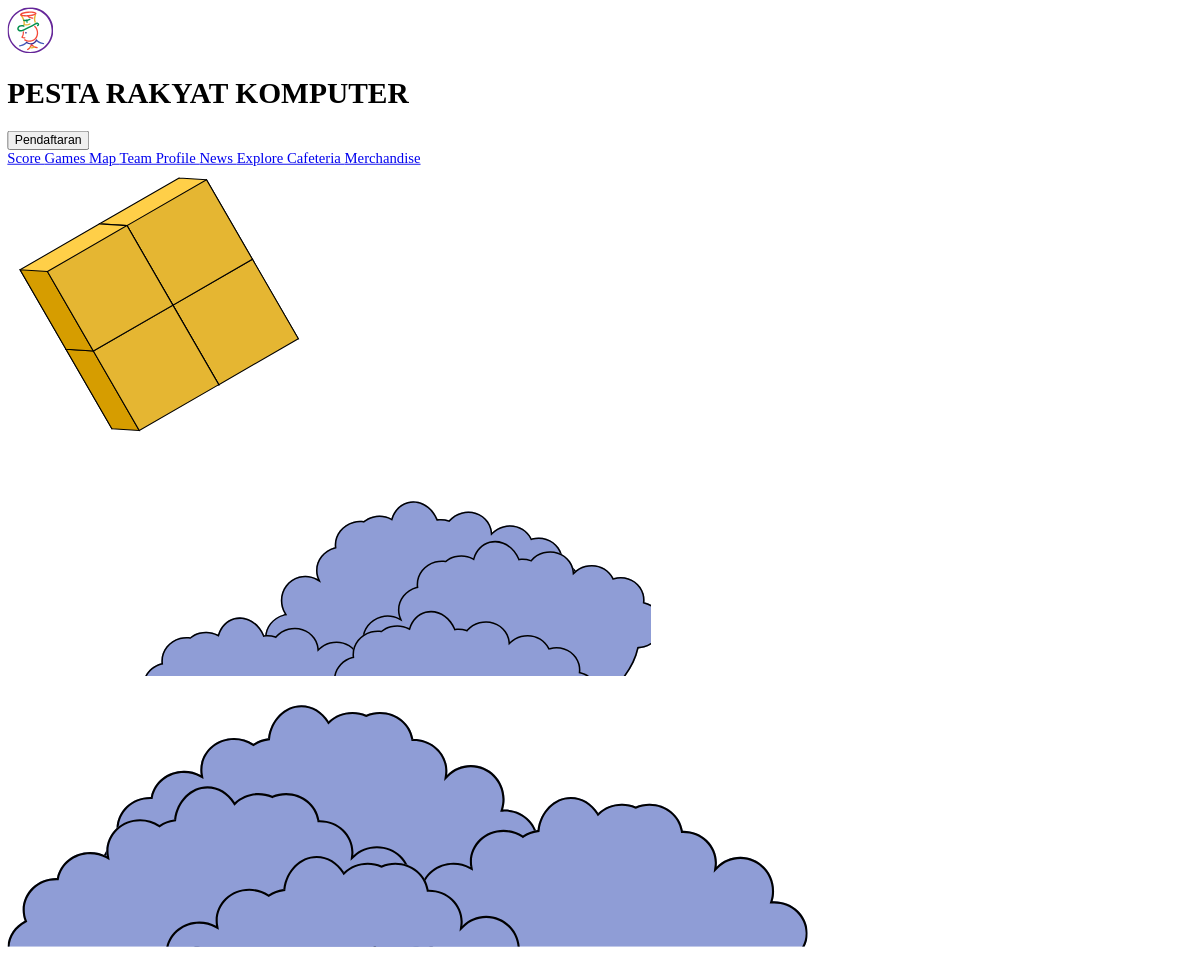
Repository: risalstrr/RegistPerak
Page: /
The author's editor kept a copy of each file at every save. The page is drawn from the files as they stood at one save, then again after the next save.
The browser window is 1280 px wide. The pictures show the whole page, at 92% of full size.
The project was rebuilt for these pictures with package versions that can differ from the ones it lists, and the page was loaded fresh each time. The framework's server and built-in components were replaced by stand-ins that run in the browser. Also part of the build but not shown: next.config.js.

Above is the page before, as saved 2021-12-29 19:15:32.

After the next save:
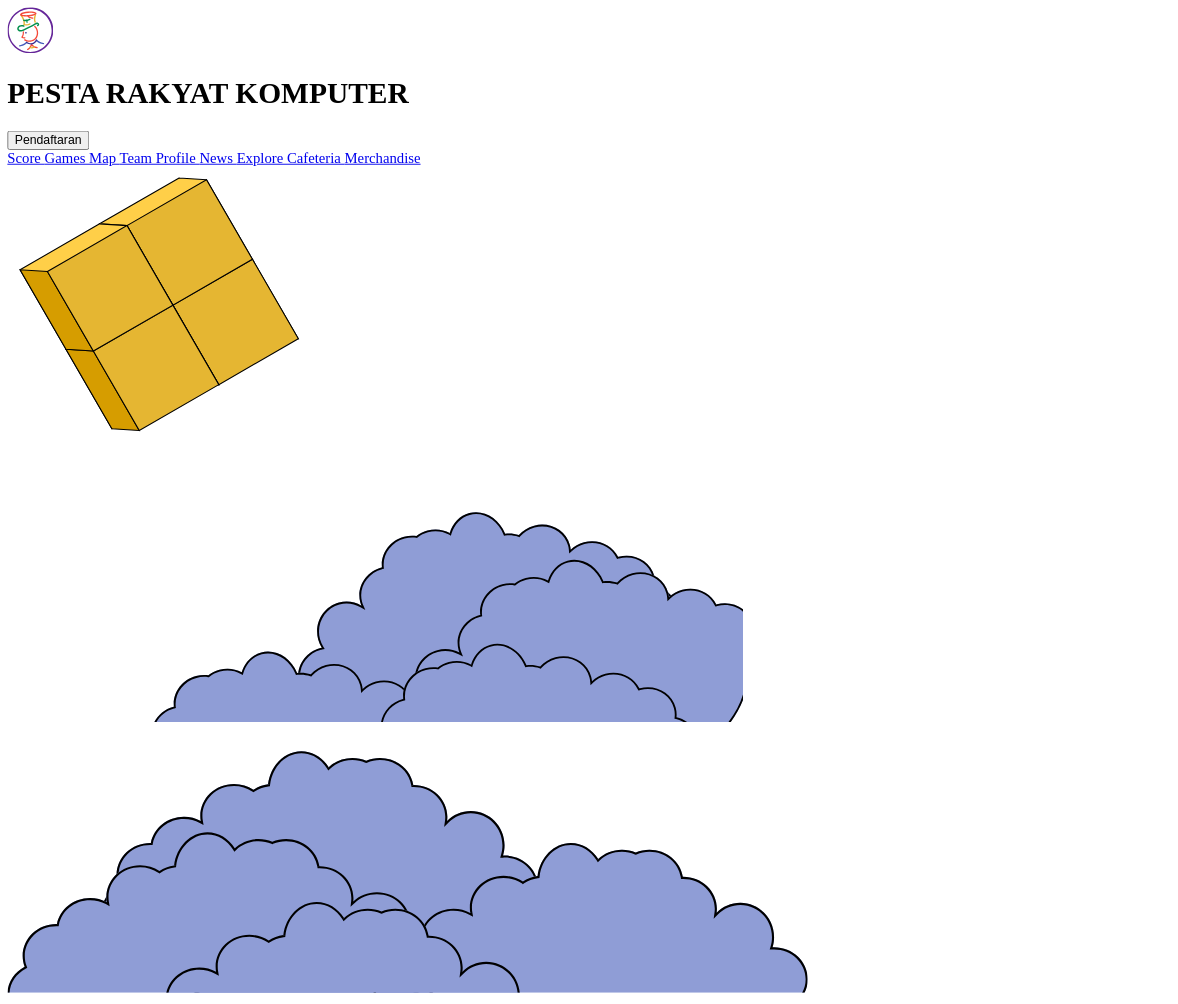
Saved 16 s later.
--- a/pages/index.js
+++ b/pages/index.js
@@ -72,8 +72,8 @@ export default function Home() {
         div className = 'hidden lg:block lg:absolute -bottom-14 right-0' >
         <
         Image src = "/rightcloud.svg"
-        width = { 700 }
-        height = { 250 }
+        width = { 800 }
+        height = { 300 }
         alt = "cloud" /
         >
 
